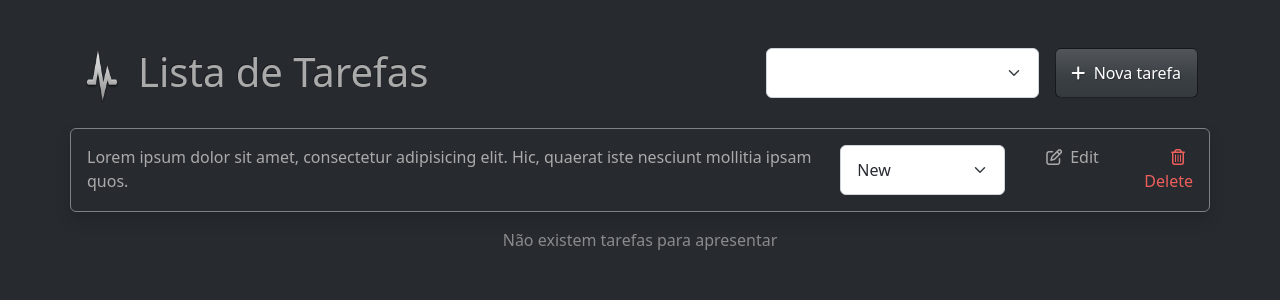
Repository: cargugati/lista_tarefas
Page: frontEnd/index.html
These files come from the project's save history. The page is drawn as it stood at one moment and after a run of saves; the edit follows.
The browser window is 1280 px wide. The pictures show the whole page.

Above is the page before, as saved 2023-03-18 21:33:59.

### frontEnd/index.html
<!DOCTYPE html>
<html lang="pt-br">

<head>
  <meta charset="UTF-8">
  <meta http-equiv="X-UA-Compatible" content="IE=edge">
  <meta name="viewport" content="width=device-width, initial-scale=1.0">
  <title>Lista de Tarefas</title>
  <link rel="stylesheet" href="./assets/css/bootstrap.min.css">
  <link rel="stylesheet" href="./assets/fontawesome/css/all.min.css">
  <link rel="shortcut icon" href="./assets/images/favicon.png" type="image/png">
</head>

<body>
  <div class="container my-5">

    <!-- cabeçalho -->
    <div class="row mb-4">
      <div class="col">
        <div class="d-flex justify-content-start">
          <img src="./assets/images/favicon.png" alt="Logo" class="img-fluid me-3" width="40px">
          <h1>Lista de Tarefas</h1>
        </div>

      </div>
      <div class="col text-end">
        <div class="d-flex justify-content-end">
          <select id="select_filter" class="form-select w-50 me-3">
            <option value=""></option>
            <option value="1">1</option>
          </select>
          <a href="new_task.html" class="btn btn-primary"><i class="fa-solid fa-plus me-2"></i>Nova tarefa</a>
        </div>
      </div>
    </div>

    <!-- aspecto visual de uma tarefa -->
    <div class="row mb-3">
      <div class="col-12 border border-secondary rounded p-3 shadow">
        <div class="row">
          <div class="col-8">
            Lorem ipsum dolor sit amet, consectetur adipisicing elit. Hic, quaerat iste nesciunt mollitia ipsam quos.
          </div>
          <div class="col-2">
            <select id="task_status" class="form-select w-100">
              <option value="new">New</option>
              <option value="in progress">In progress</option>
              <option value="canceled">Canceled</option>
              <option value="done">Done</option>
            </select>
          </div>
          <div class="col-1 text-end"><i class="fa-regular fa-pen-to-square me-2"></i>Edit</div>
          <div class="col-1 text-end text-danger"><i class="fa-regular fa-trash-can me-2"></i>Delete</div>
        </div>
      </div>
    </div>


    <!-- sem tarefa -->
    <div class="row " id="no_tasks">
      <div class="col text-center">
        <span class="opacity-75">Não existem tarefas para apresentar</span>
      </div>
    </div>
  </div>


  <script src="./assets/js/bootstrap.bundle.min.js"></script>
</body>

</html>

Loaded but not shown: frontEnd/assets/css/bootstrap.min.css (library); frontEnd/assets/fontawesome/css/all.min.css (library); frontEnd/assets/js/bootstrap.bundle.min.js (library)

After the next 2 saves:
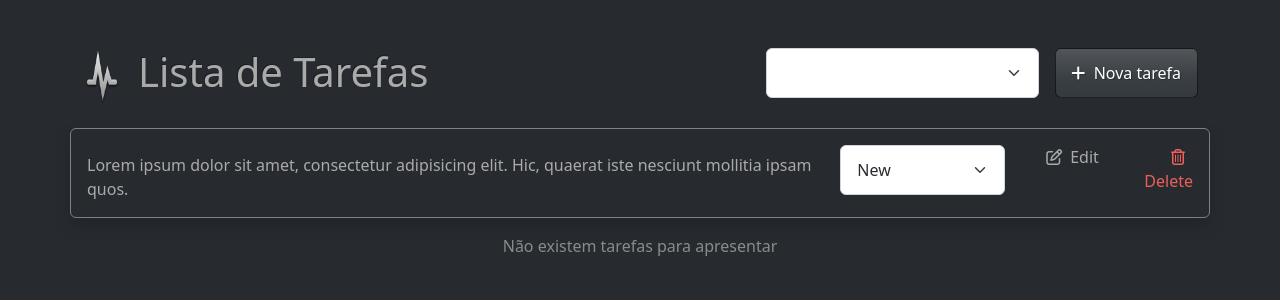
The 2 saves are shown as one change because they came seconds apart.
The last was saved 5 s later.
--- a/frontEnd/index.html
+++ b/frontEnd/index.html
@@ -39,7 +39,7 @@
       <div class="col-12 border border-secondary rounded p-3 shadow">
         <div class="row">
           <div class="col-8">
-            Lorem ipsum dolor sit amet, consectetur adipisicing elit. Hic, quaerat iste nesciunt mollitia ipsam quos.
+            <h5></h5>Lorem ipsum dolor sit amet, consectetur adipisicing elit. Hic, quaerat iste nesciunt mollitia ipsam quos.
           </div>
           <div class="col-2">
             <select id="task_status" class="form-select w-100">
